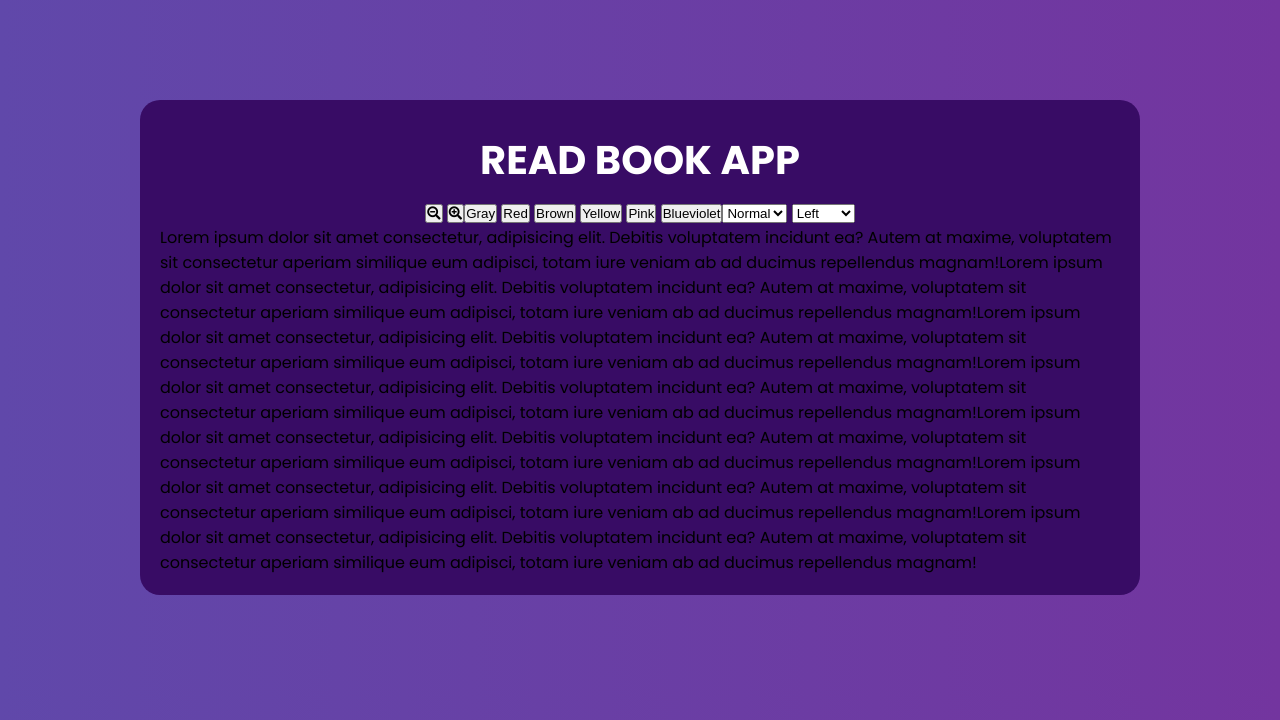
Repository: dinhconglam2306/frontend_tu_xa
Page: b09/02-reading-info/index.html
An editor plug-in stored every save of this project. The page is shown before and after the next save, followed by the edit.
The browser window is 1280 px wide. The pictures show the whole page.
Some web libraries are served in a nearby version. The style sheet was rebuilt from its Sass, Less or Tailwind sources for each picture, by a compiler version that may differ from the author's.

Above is the page before, as saved 2021-04-25 06:08:50.

### b09/02-reading-info/index.html
<!DOCTYPE html>
<html lang="en">
  <head>
    <meta charset="UTF-8" />
    <meta http-equiv="X-UA-Compatible" content="IE=edge" />
    <meta name="viewport" content="width=device-width, initial-scale=1.0" />
    <title>Document</title>
    <link rel="stylesheet" href="css/style.css" />
    <link
      rel="stylesheet"
      href="https://pro.fontawesome.com/releases/v5.10.0/css/all.css"
      integrity="sha384-AYmEC3Yw5cVb3ZcuHtOA93w35dYTsvhLPVnYs9eStHfGJvOvKxVfELGroGkvsg+p"
      crossorigin="anonymous"
    />
    <link rel="preconnect" href="https://fonts.gstatic.com" />
    <link
      href="https://fonts.googleapis.com/css2?family=Poppins:wght@100;300;400;500;700&display=swap"
      rel="stylesheet"
    />
  </head>
  <body>
    <div class="app">
      <h1 class="app__title">Read Book App</h1>
      <div class="app-controls">
        <div class="app-controls-zoom">
          <h3 class="app-controls-zoom__title"></h3>
          <button class="app-controls-zoom__button" data-value="zoom-in">
            <i class="fas fa-search-minus"></i>
          </button>
          <button class="app-controls-zoom__button" data-value="zoom-out">
            <i class="fas fa-search-plus"></i>
          </button>
        </div>

        <div class="app-controls-bg">
          <button class="app-controls-bg__color gray" data-color="gray">
            Gray
          </button>
          <button class="app-controls-bg__color red" data-color="red">
            Red
          </button>
          <button class="app-controls-bg__color brown" data-color="brown">
            Brown
          </button>
          <button class="app-controls-bg__color yellow" data-color="yellow">
            Yellow
          </button>
          <button class="app-controls-bg__color pink" data-color="pink">
            Pink
          </button>
          <button
            class="app-controls-bg__color blueviolet"
            data-color="blueviolet"
          >
            Blueviolet
          </button>
        </div>

        <div class="app-controls-select">
          <select name="size" class="app-controls-select__lineheight">
            <option value="0.8">Narrow</option>
            <option value="1" selected>Normal</option>
            <option value="2">Large</option>
          </select>
          <select name="text-align" class="app-controls-select__textalign">
            <option value="left" selected>Left</option>
            <option value="center">Center</option>
            <option value="right">Right</option>
            <option value="justify">Justify</option>
          </select>
        </div>
      </div>
      <div class="app-content" style="font-size: 16px">
        <p>
          Lorem ipsum dolor sit amet consectetur, adipisicing elit. Debitis
          voluptatem incidunt ea? Autem at maxime, voluptatem sit consectetur
          aperiam similique eum adipisci, totam iure veniam ab ad ducimus
          repellendus magnam!Lorem ipsum dolor sit amet consectetur, adipisicing
          elit. Debitis voluptatem incidunt ea? Autem at maxime, voluptatem sit
          consectetur aperiam similique eum adipisci, totam iure veniam ab ad
          ducimus repellendus magnam!Lorem ipsum dolor sit amet consectetur,
          adipisicing elit. Debitis voluptatem incidunt ea? Autem at maxime,
          voluptatem sit consectetur aperiam similique eum adipisci, totam iure
          veniam ab ad ducimus repellendus magnam!Lorem ipsum dolor sit amet
          consectetur, adipisicing elit. Debitis voluptatem incidunt ea? Autem
          at maxime, voluptatem sit consectetur aperiam similique eum adipisci,
          totam iure veniam ab ad ducimus repellendus magnam!Lorem ipsum dolor
          sit amet consectetur, adipisicing elit. Debitis voluptatem incidunt
          ea? Autem at maxime, voluptatem sit consectetur aperiam similique eum
          adipisci, totam iure veniam ab ad ducimus repellendus magnam!Lorem
          ipsum dolor sit amet consectetur, adipisicing elit. Debitis voluptatem
          incidunt ea? Autem at maxime, voluptatem sit consectetur aperiam
          similique eum adipisci, totam iure veniam ab ad ducimus repellendus
          magnam!Lorem ipsum dolor sit amet consectetur, adipisicing elit.
          Debitis voluptatem incidunt ea? Autem at maxime, voluptatem sit
          consectetur aperiam similique eum adipisci, totam iure veniam ab ad
          ducimus repellendus magnam!
        </p>
      </div>
    </div>
    <script src="js/jquery-3.6.0.min.js"></script>
    <script src="js/main.js"></script>
  </body>
</html>

### b09/02-reading-info/js/main.js
$(document).ready(function () {
  let areaContent = $(".app-content");
  let btnZoom = $(".app-controls-zoom__button");
  let btnColor = $(".app-controls-bg__color");
  let selectLineheight = $(".app-controls-select__lineheight");
  let textAlign = $(".app-controls-select__textalign");

  let config = JSON.parse(localStorage.getItem("READING_INFO"));
  if (config) {
    areaContent.css("background-color", config.bgColor);
    areaContent.css("font-size", config.fontSize + "px");
    areaContent.css("text-align", config.position);
    areaContent.css("line-height", config.lineHeight);
  } else {
    config = {
      bgColor: "red",
      lineHeight: 1,
      position: "right",
      fontSize: 12,
    };
    localStorage.setItem("READING_INFO", JSON.stringify(config));
  }

  /*------------FONTSIZE - START---------*/
  const incrementFontsize = 1;
  btnZoom.on("click", function () {
    let fontSize = parseFloat($(".app-content").css("font-size"));
    let value = $(this).data("value");
    if (value == "zoom-out") {
      fontSize += incrementFontsize;
    } else if (value == "zoom-in") {
      fontSize -= incrementFontsize;
    }
    areaContent.css("font-size", fontSize + "px");
    config.fontSize = fontSize;
    localStorage.setItem("READING_INFO", JSON.stringify(config));
  });
  /*------------FONTSIZE - END---------*/

  /*------------BACKGROUND-COLOR - START---------*/
  btnColor.click(function () {
    let color = $(this).data("color");
    areaContent.css("background-color", color);
    config.bgColor = color;
    localStorage.setItem("READING_INFO", JSON.stringify(config));
  });
  /*------------BACKGROUND-COLOR - END---------*/

  /*------------LINE-HEIGHT - START---------*/
  selectLineheight.change(function () {
    let lineheight = selectLineheight.val();
    areaContent.css("line-height", lineheight);
    config.lineHeight = lineheight;
    localStorage.setItem("READING_INFO", JSON.stringify(config));
  });
  /*------------LINE-HEIGHT - END---------*/

  /*------------TEXT-ALIGN - START---------*/
  textAlign.change(function () {
    let position = textAlign.val();
    areaContent.css("text-align", position);
    config.position = position;
    localStorage.setItem("READING_INFO", JSON.stringify(config));
  });
  /*------------TEXT-ALIGN - END---------*/
});

### b09/02-reading-info/style.scss
@mixin size($width, $height: $width) {
  width: $width;
  height: $height;
}
@mixin flexbox(
  $align: flex-start,
  $justify: flex-start,
  $flex-direction: row,
  $wrap: nowrap
) {
  display: flex;
  align-items: $align;
  justify-content: $justify;
  flex-direction: $flex-direction;
  flex-wrap: $wrap;
}
* {
  margin: 0px;
  padding: 0px;
  box-sizing: border-box;
}
html {
  font-size: 62.5%;
}
body {
  padding: 10rem;
  font-size: 1.6rem;
  font-family: "Poppins", sans-serif;
  font-weight: normal;
  display: flex;
  align-items: center;
  justify-content: center;
  background-image: linear-gradient(to right, #6048aa, #73359f);
}
a {
  text-decoration: none;
}
img {
  display: block;
  max-width: 100%;
}
.app {
  display: flex;
  flex-direction: column;
  align-items: center;
  justify-content: center;
  width: 100rem;
  background-color: #380c65;
  overflow: hidden;
  padding: 2rem;
  border-radius: 2rem;
  &__title {
    color: white;
    margin: 1rem;
    font-size: 4rem;
    text-transform: uppercase;
  }
  &-controls {
    display: flex;
    align-items: center;
    justify-content: space-between;
  }
}

Loaded but not shown: b09/02-reading-info/js/jquery-3.6.0.min.js (library)

After the next save:
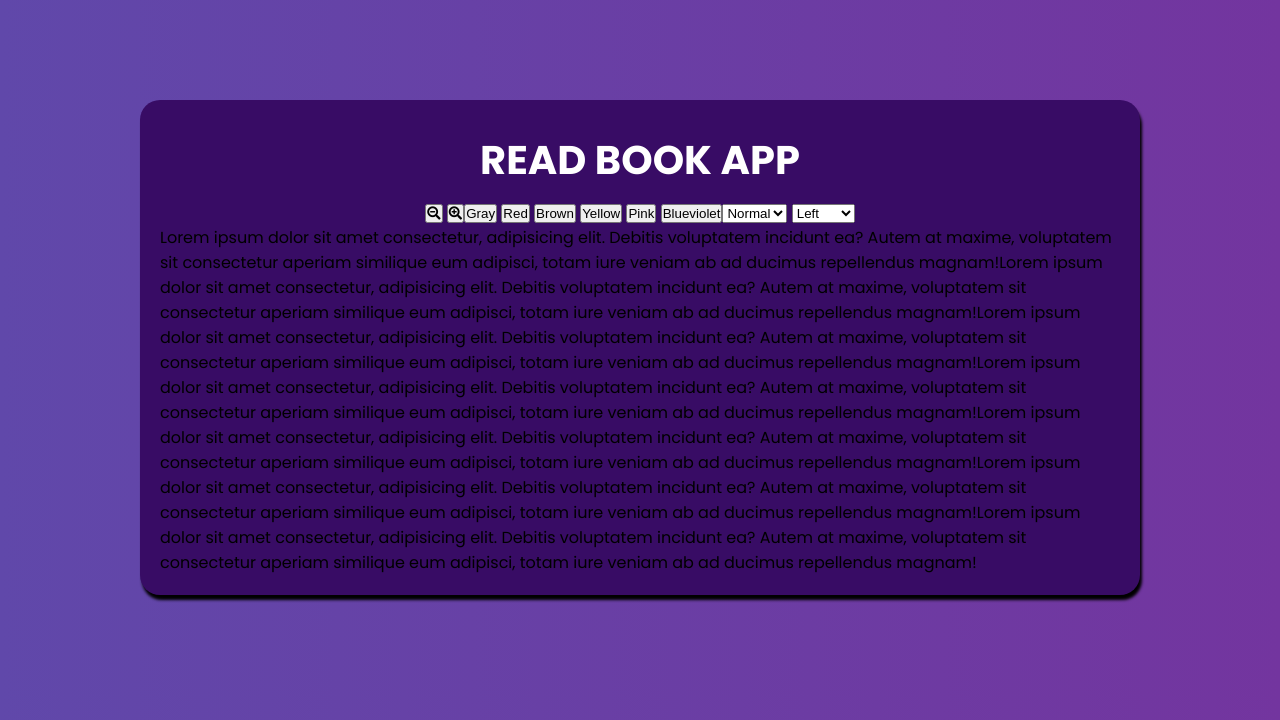
Saved 25 s later.
--- a/b09/02-reading-info/style.scss
+++ b/b09/02-reading-info/style.scss
@@ -49,6 +49,7 @@
   overflow: hidden;
   padding: 2rem;
   border-radius: 2rem;
+  box-shadow: 2px 5px 3px black;
   &__title {
     color: white;
     margin: 1rem;

After the 2 saves that followed:
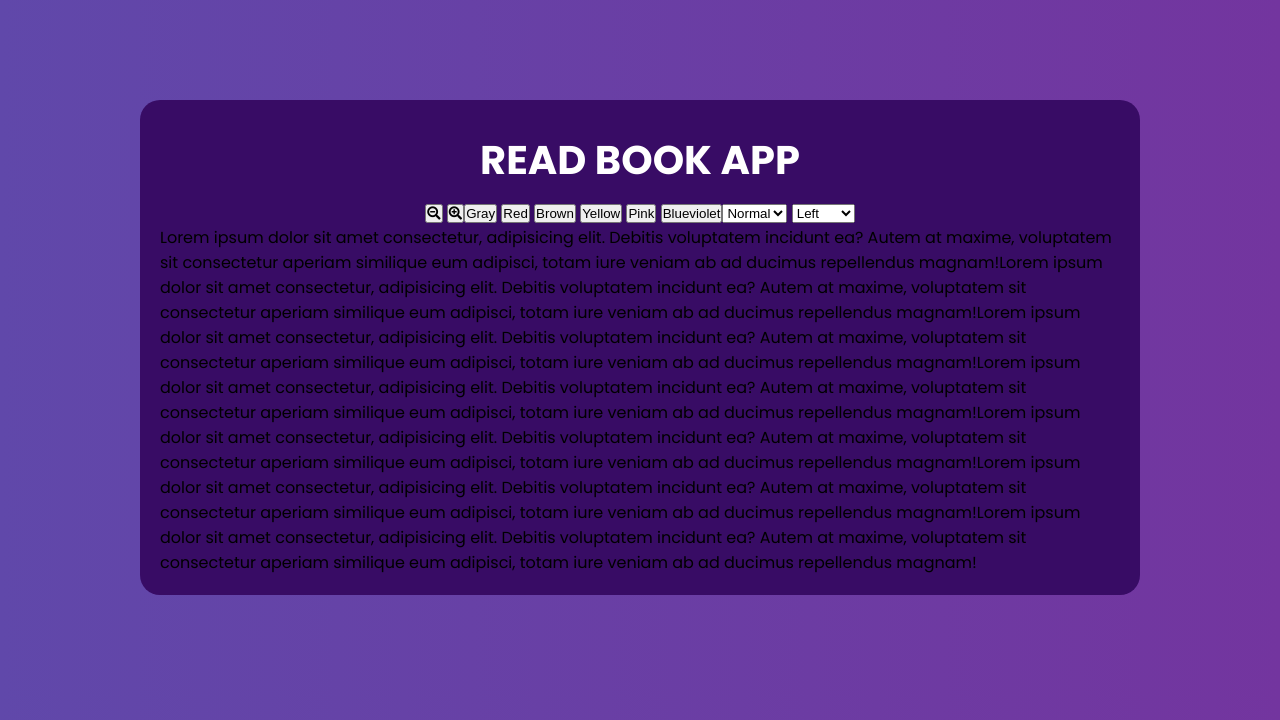
The 2 saves are shown as one change because they came seconds apart.
The last was saved 17 s later.
--- a/b09/02-reading-info/style.scss
+++ b/b09/02-reading-info/style.scss
@@ -49,7 +49,7 @@
   overflow: hidden;
   padding: 2rem;
   border-radius: 2rem;
-  box-shadow: 2px 5px 3px black;
+  box-shadow: 2px 5px 3px rbga(black, 1);
   &__title {
     color: white;
     margin: 1rem;
